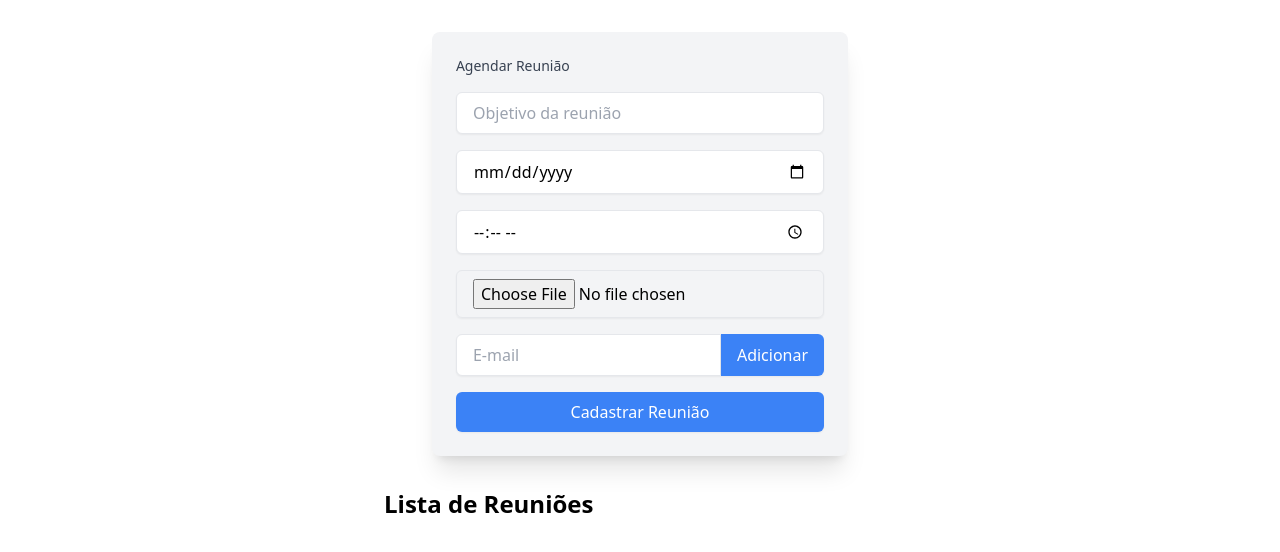
Repository: TamiBeira/meeting
Page: /meetings
The author's editor kept a copy of each file at every save. The page is drawn from the files as they stood at one save, then again after the next save.
The browser window is 1280 px wide. The pictures show the whole page.
The project was rebuilt for these pictures with package versions that can differ from the ones it lists, and the page was loaded fresh each time. Also part of the build but not shown: vite.config.ts.

Above is the page before, as saved 2024-02-26 17:32:35.

### index.html
<!doctype html>
<html lang="pt">
  <head>
    <meta charset="UTF-8" />
    <meta name="viewport" content="width=device-width, initial-scale=1.0" />
    <title>Meeting</title>
  </head>
  <body>
    <div id="root"></div>
    <script type="module" src="/src/main.tsx"></script>
  </body>
</html>

### src/app.tsx
import { FormProvider } from './contexts/FormContext';
import { Form } from './components/Form';
import { MeetingsView } from './components/MeetingsView';

export const App = () => {
  return (
    <FormProvider>
      <Form />
      <MeetingsView />
    </FormProvider>
  );
};

### src/contexts/FormContext.tsx
import { ReactNode, createContext, useContext, useState, ChangeEvent, FormEvent, Dispatch, SetStateAction } from "react";
import { toast } from 'react-toastify';
import 'react-toastify/dist/ReactToastify.css';

export interface MeetingContextDataProps {
  data: string;
  hora: string;
  imagem: string;
  title: string;
  emails: string[];
  emailInput: string;
  handleInputChange: (event: ChangeEvent<HTMLInputElement>, setterFunction: Dispatch<SetStateAction<string>>) => void;
  handleEmailInputChange: (event: ChangeEvent<HTMLInputElement>) => void;
  handleAddEmail: () => void;
  handleRemoveEmail: (index: number) => void;
  handleSubmit: (event: FormEvent<HTMLFormElement>) => void;
}

interface MeetingContextProviderProps {
  children: ReactNode;
}

const FormContext = createContext({} as MeetingContextDataProps);

export const useFormContext = () => {
  return useContext(FormContext);
};

export const FormProvider = ({ children }: MeetingContextProviderProps) => {
  const [data, setData] = useState('');
  const [hora, setHora] = useState('');
  const [imagem, setImagem] = useState('');
  const [title, setTitle] = useState('');
  const [emails, setEmails] = useState<string[]>([]);
  const [emailInput, setEmailInput] = useState('');

  const handleDataChange = (event: ChangeEvent<HTMLInputElement>) => {
    setData(event.target.value);
  };

  const handleImagemChange = (event: ChangeEvent<HTMLInputElement>) => {
    setImagem(event.target.value);
  };

  const handleTitleChange = (event: ChangeEvent<HTMLInputElement>) => {
    setTitle(event.target.value);
  };

  const handleHoraChange = (event: ChangeEvent<HTMLInputElement>) => {
    setHora(event.target.value);
  };

  const handleEmailInputChange = (event: ChangeEvent<HTMLInputElement>) => {
    setEmailInput(event.target.value);
  };

  const handleAddEmail = () => {
    setEmails([...emails, emailInput]);
    setEmailInput('');
  };

  const handleRemoveEmail = (index: number) => {
    const updatedEmails = [...emails];
    updatedEmails.splice(index, 1);
    setEmails(updatedEmails);
  };

  const handleSubmit = (event: FormEvent<HTMLFormElement>) => {
    event.preventDefault();

    const selectedDateTime = new Date(`${data}T${hora}`);
    const formattedDate = selectedDateTime.toLocaleDateString('pt-BR');
    const formattedTime = selectedDateTime.toLocaleTimeString('pt-BR', { hour: '2-digit', minute: '2-digit' });

    const existingData = localStorage.getItem('meetingData');
    let allMeetings: any[] = [];

    if (existingData) {
      allMeetings = JSON.parse(existingData);
    }

    const isDuplicate = allMeetings.some((meeting: any) => {
      const sameDateAndTime = meeting.data === formattedDate && meeting.hora === formattedTime;
      const sameEmails = meeting.emails.length === emails.length && meeting.emails.every((email: string) => emails.includes(email));
      return sameDateAndTime && sameEmails;
    });

    if (isDuplicate) {
      toast.error('Esta data, hora e lista de e-mails já estão sendo usadas por outra reunião.');
    } else {
      const meetingData = {
        title,
        data: formattedDate,
        hora: formattedTime,
        imagem,
        emails
      };

      allMeetings.push(meetingData);

      localStorage.setItem('meetingData', JSON.stringify(allMeetings));

      const emailText = `Detalhes da Reunião:
        Título: ${title}
        Data: ${formattedDate}
        Hora: ${formattedTime}
        ...`;
      emails.forEach((email) => {
        sendEmail(email, 'Detalhes da Reunião', emailText);
      });

      setData('');
      setHora('');
      setImagem('');
      setTitle('');
      setEmailInput('');
      setEmails([]);

      toast.success('Reunião cadastrada com sucesso e e-mails enviados!');
    }
  };

  return (
    <FormContext.Provider
      value={{
        data,
        hora,
        imagem,
        title,
        emails,
        emailInput,
        handleDataChange,
        handleImagemChange,
        handleTitleChange,
        handleHoraChange,
        handleEmailInputChange,
        handleAddEmail,
        handleRemoveEmail,
        handleSubmit,
      }}
    >
      {children}
    </FormContext.Provider>
  );
};

### src/components/Form.tsx
import { useFormContext } from "../contexts/FormContext";
import { ToastContainer } from 'react-toastify';

export const Form = () => {
  const {
    data,
    hora,
    imagem,
    title,
    emails,
    emailInput,
    handleDataChange,
    handleImagemChange,
    handleTitleChange,
    handleHoraChange,
    handleEmailInputChange,
    handleAddEmail,
    handleRemoveEmail,
    handleSubmit,
  } = useFormContext();

  return (
    <main className="flex justify-center mt-8">
      <div className="mx-auto max-w-md p-6 bg-gray-100 rounded-lg shadow-xl">
        <form onSubmit={handleSubmit} className="space-y-4">
          <label htmlFor="reuniao" className="block text-sm font-medium text-gray-700">Agendar Reunião</label>
          <input
            type="text"
            placeholder="Objetivo da reunião"
            id="reuniao"
            value={title}
            onChange={handleTitleChange}
            className="block w-full px-4 py-2 border rounded-md shadow-sm focus:outline-none focus:ring-blue-500 focus:border-blue-500"
          />
          <input
            type="date"
            name="data"
            id="data"
            value={data}
            onChange={handleDataChange}
            className="block w-full px-4 py-2 border rounded-md shadow-sm focus:outline-none focus:ring-blue-500 focus:border-blue-500"
          />
          <input
            type="time"
            name="hora"
            id="hora"
            value={hora}
            onChange={handleHoraChange}
            className="block w-full px-4 py-2 border rounded-md shadow-sm focus:outline-none focus:ring-blue-500 focus:border-blue-500"
          />
          <input
            type="file"
            name="imagem"
            id="imagem"
            value={imagem}
            onChange={handleImagemChange}
            className="block w-full px-4 py-2 border rounded-md shadow-sm focus:outline-none focus:ring-blue-500 focus:border-blue-500"
          />
          <div className="flex">
            <input
              type="text"
              placeholder="E-mail"
              value={emailInput}
              onChange={handleEmailInputChange}
              className="block flex-1 w-full px-4 py-2 border rounded-l-md shadow-sm focus:outline-none focus:ring-blue-500 focus:border-blue-500"
            />
            <button
              type="button"
              onClick={handleAddEmail}
              className="px-4 py-2 bg-blue-500 text-white rounded-r-md shadow-sm hover:bg-blue-600 focus:outline-none focus:ring-blue-500 focus:border-blue-500"
            >
              Adicionar
            </button>
          </div>
          <div>
            {emails.map((email, index) => (
              <div key={index} className="flex items-center">
                <div>{email}</div>
                <button
                  type="button"
                  onClick={() => handleRemoveEmail(index)}
                  className="ml-2 text-red-500"
                >
                  Remover
                </button>
              </div>
            ))}
          </div>
          <button
            type="submit"
            className="block w-full px-4 py-2 bg-blue-500 text-white rounded-md shadow-sm hover:bg-blue-600 focus:outline-none focus:ring-blue-500 focus:border-blue-500"
          >
            Cadastrar Reunião
          </button>
        </form>
        <ToastContainer />
      </div>
    </main>
  );
};

### src/components/MeetingsView.tsx
import React, { useState, useEffect } from 'react';

export const MeetingsView = () => {
  const [meetings, setMeetings] = useState([]);

  useEffect(() => {
    const storedMeetings = localStorage.getItem('meetingData');
    if (storedMeetings) {
      setMeetings(JSON.parse(storedMeetings));
    }
  }, []);

  const handleEdit = (index) => {
    // Implemente a lógica para edição do evento com base no índice
    console.log('Editar evento:', meetings[index]);
  };

  const handleDelete = (index) => {
    // Implemente a lógica para exclusão do evento com base no índice
    console.log('Excluir evento:', meetings[index]);
  };

  return (
    <div className="max-w-lg mx-auto mt-8">
      <h2 className="text-2xl font-bold mb-4">Lista de Reuniões</h2>
      <ul>
        {meetings.map((meeting, index) => (
          <li key={index} className="border-b border-gray-200 py-4 flex items-center">
            <div>
              <strong>Título:</strong> {meeting.title}
            </div>
            <div className="ml-4">
              <strong>Data:</strong> {meeting.data}
            </div>
            <div className="ml-4">
              <strong>Hora:</strong> {meeting.hora}
            </div>
            <div className="ml-4">
              <strong>Imagem:</strong>
              <img src={meeting.imagem} alt="Imagem da reunião" className="max-w-xs mx-auto mt-2" />
            </div>
            <div className="ml-4">
              <strong>E-mails:</strong> {meeting.emails.join(', ')}
            </div>
            <div className="ml-4">
              <button
                onClick={() => handleEdit(index)}
                className="bg-blue-500 hover:bg-blue-700 text-white font-bold py-2 px-4 mr-2 rounded"
              >
                Editar
              </button>
              <button
                onClick={() => handleDelete(index)}
                className="bg-red-500 hover:bg-red-700 text-white font-bold py-2 px-4 rounded"
              >
                Excluir
              </button>
            </div>
          </li>
        ))}
      </ul>
    </div>
  );
};

### tailwind.config.js
/** @type {import('tailwindcss').Config} */
export default {
  content: [
    "./index.html",
    "./src/**/*.tsx",
  ],
  theme: {
    extend: {},
  },
  plugins: [],
}

Loaded but not shown: src/main.tsx (common file); src/index.css (common file)

After the next save:
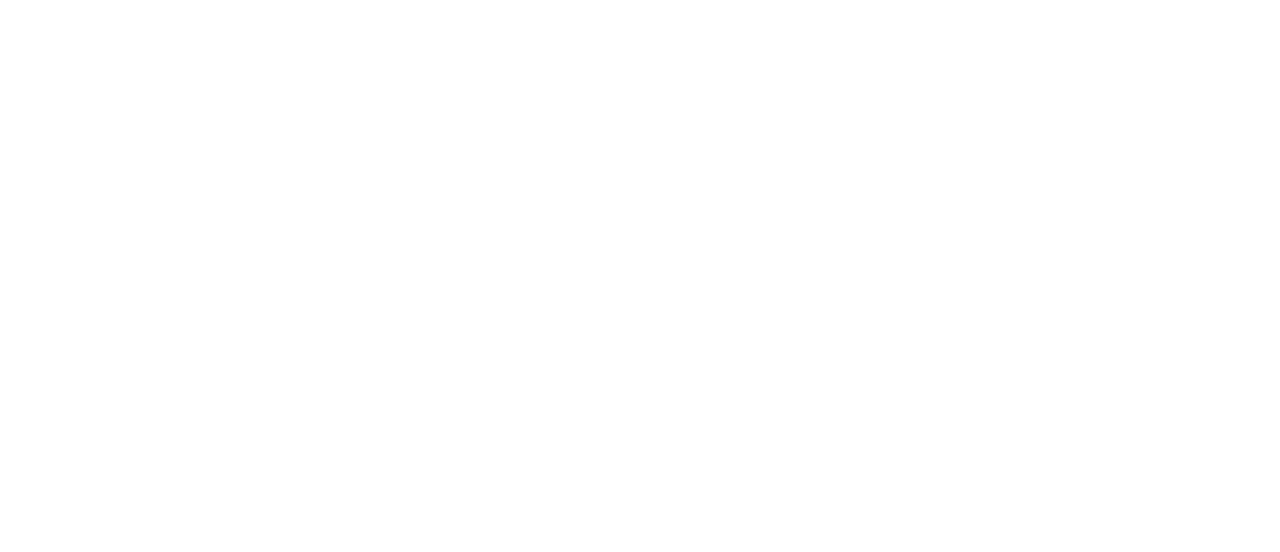
Console error: ReferenceError: createContext is not defined
Saved 3 min 34 s later.
--- a/src/contexts/FormContext.tsx
+++ b/src/contexts/FormContext.tsx
@@ -1,24 +1,9 @@
-import { ReactNode, createContext, useContext, useState, ChangeEvent, FormEvent, Dispatch, SetStateAction } from "react";
+import React, { useState, useContext, useEffect, ChangeEvent, FormEvent, Dispatch, SetStateAction } from "react";
 import { toast } from 'react-toastify';
 import 'react-toastify/dist/ReactToastify.css';
 
-export interface MeetingContextDataProps {
-  data: string;
-  hora: string;
-  imagem: string;
-  title: string;
-  emails: string[];
-  emailInput: string;
-  handleInputChange: (event: ChangeEvent<HTMLInputElement>, setterFunction: Dispatch<SetStateAction<string>>) => void;
-  handleEmailInputChange: (event: ChangeEvent<HTMLInputElement>) => void;
-  handleAddEmail: () => void;
-  handleRemoveEmail: (index: number) => void;
-  handleSubmit: (event: FormEvent<HTMLFormElement>) => void;
-}
-
-interface MeetingContextProviderProps {
-  children: ReactNode;
-}
+// Importe aqui o seu contexto de reunião
+import { MeetingContextDataProps } from "./SeuContextoDeReuniao";
 
 const FormContext = createContext({} as MeetingContextDataProps);
 
@@ -29,7 +14,7 @@
 export const FormProvider = ({ children }: MeetingContextProviderProps) => {
   const [data, setData] = useState('');
   const [hora, setHora] = useState('');
-  const [imagem, setImagem] = useState('');
+  const [imagem, setImagem] = useState<File | null>(null); // Alterado para aceitar File
   const [title, setTitle] = useState('');
   const [emails, setEmails] = useState<string[]>([]);
   const [emailInput, setEmailInput] = useState('');
@@ -39,7 +24,9 @@
   };
 
   const handleImagemChange = (event: ChangeEvent<HTMLInputElement>) => {
-    setImagem(event.target.value);
+    if (event.target.files && event.target.files[0]) {
+      setImagem(event.target.files[0]); // Armazena o arquivo de imagem selecionado
+    }
   };
 
   const handleTitleChange = (event: ChangeEvent<HTMLInputElement>) => {
@@ -72,51 +59,65 @@
     const formattedDate = selectedDateTime.toLocaleDateString('pt-BR');
     const formattedTime = selectedDateTime.toLocaleTimeString('pt-BR', { hour: '2-digit', minute: '2-digit' });
 
-    const existingData = localStorage.getItem('meetingData');
-    let allMeetings: any[] = [];
+    // Lógica para salvar a imagem e obter sua URL
+    let imagemUrl = ''; // URL da imagem a ser salva no localStorage
+    if (imagem) {
+      const reader = new FileReader();
+      reader.onload = (e) => {
+        // Aqui você pode enviar a imagem para o servidor ou salvar localmente
+        // Neste exemplo, estou apenas convertendo-a em uma URL base64
+        imagemUrl = e.target?.result as string;
+        const meetingData = {
+          title,
+          data: formattedDate,
+          hora: formattedTime,
+          imagem: imagemUrl, // Aqui você armazena a URL da imagem
+          emails
+        };
 
-    if (existingData) {
-      allMeetings = JSON.parse(existingData);
-    }
+        // Salve os dados da reunião no localStorage ou envie para o servidor
+        const existingData = localStorage.getItem('meetingData');
+        let allMeetings: any[] = [];
 
-    const isDuplicate = allMeetings.some((meeting: any) => {
-      const sameDateAndTime = meeting.data === formattedDate && meeting.hora === formattedTime;
-      const sameEmails = meeting.emails.length === emails.length && meeting.emails.every((email: string) => emails.includes(email));
-      return sameDateAndTime && sameEmails;
-    });
+        if (existingData) {
+          allMeetings = JSON.parse(existingData);
+        }
 
-    if (isDuplicate) {
-      toast.error('Esta data, hora e lista de e-mails já estão sendo usadas por outra reunião.');
+        const isDuplicate = allMeetings.some((meeting: any) => {
+          const sameDateAndTime = meeting.data === formattedDate && meeting.hora === formattedTime;
+          const sameEmails = meeting.emails.length === emails.length && meeting.emails.every((email: string) => emails.includes(email));
+          return sameDateAndTime && sameEmails;
+        });
+
+        if (isDuplicate) {
+          toast.error('Esta data, hora e lista de e-mails já estão sendo usadas por outra reunião.');
+        } else {
+          allMeetings.push(meetingData);
+
+          localStorage.setItem('meetingData', JSON.stringify(allMeetings));
+
+          const emailText = `Detalhes da Reunião:
+            Título: ${title}
+            Data: ${formattedDate}
+            Hora: ${formattedTime}
+            ...`;
+          emails.forEach((email) => {
+            sendEmail(email, 'Detalhes da Reunião', emailText);
+          });
+
+          setData('');
+          setHora('');
+          setImagem(null);
+          setTitle('');
+          setEmailInput('');
+          setEmails([]);
+
+          toast.success('Reunião cadastrada com sucesso e e-mails enviados!');
+        }
+      };
+      reader.readAsDataURL(imagem); // Converte a imagem para base64
     } else {
-      const meetingData = {
-        title,
-        data: formattedDate,
-        hora: formattedTime,
-        imagem,
-        emails
-      };
-
-      allMeetings.push(meetingData);
-
-      localStorage.setItem('meetingData', JSON.stringify(allMeetings));
-
-      const emailText = `Detalhes da Reunião:
-        Título: ${title}
-        Data: ${formattedDate}
-        Hora: ${formattedTime}
-        ...`;
-      emails.forEach((email) => {
-        sendEmail(email, 'Detalhes da Reunião', emailText);
-      });
-
-      setData('');
-      setHora('');
-      setImagem('');
-      setTitle('');
-      setEmailInput('');
-      setEmails([]);
-
-      toast.success('Reunião cadastrada com sucesso e e-mails enviados!');
+      toast.error('Por favor, selecione uma imagem.');
     }
   };
 
@@ -125,7 +126,7 @@
       value={{
         data,
         hora,
-        imagem,
+        imagem: imagem ? URL.createObjectURL(imagem) : '', // Cria a URL da imagem
         title,
         emails,
         emailInput,

After the save that followed:
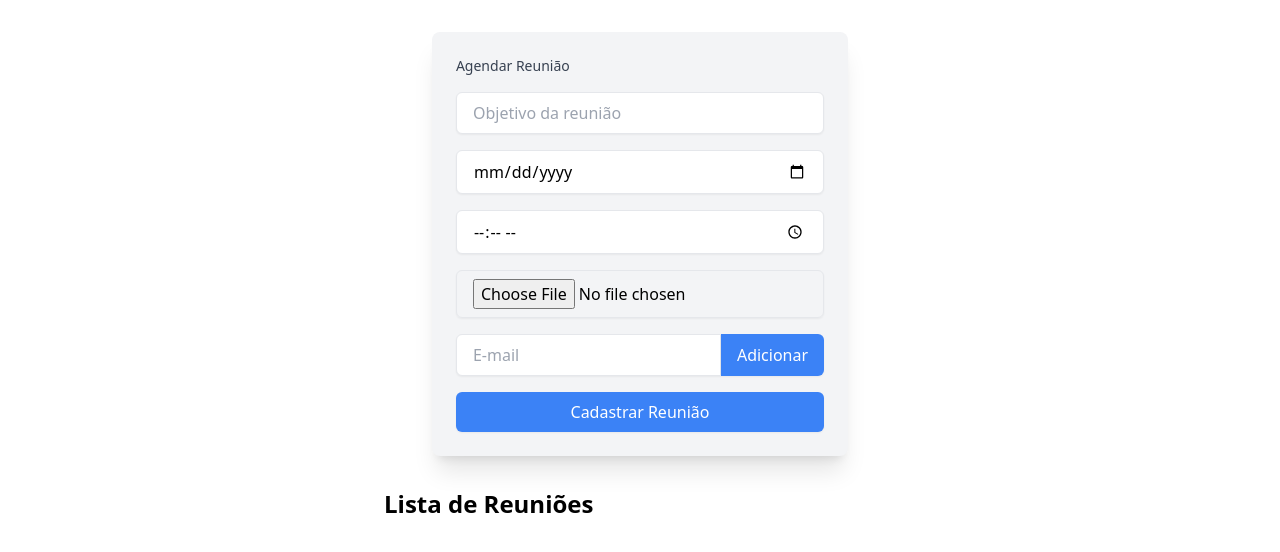
The error is gone.
Saved 57 s later.
--- a/src/contexts/FormContext.tsx
+++ b/src/contexts/FormContext.tsx
@@ -1,9 +1,27 @@
-import React, { useState, useContext, useEffect, ChangeEvent, FormEvent, Dispatch, SetStateAction } from "react";
+import React, { createContext, useContext, useState, ChangeEvent, FormEvent, Dispatch, SetStateAction, ReactNode } from "react";
 import { toast } from 'react-toastify';
 import 'react-toastify/dist/ReactToastify.css';
 
-// Importe aqui o seu contexto de reunião
-import { MeetingContextDataProps } from "./SeuContextoDeReuniao";
+export interface MeetingContextDataProps {
+  data: string;
+  hora: string;
+  imagem: string;
+  title: string;
+  emails: string[];
+  emailInput: string;
+  handleDataChange: (event: ChangeEvent<HTMLInputElement>) => void;
+  handleImagemChange: (event: ChangeEvent<HTMLInputElement>) => void;
+  handleTitleChange: (event: ChangeEvent<HTMLInputElement>) => void;
+  handleHoraChange: (event: ChangeEvent<HTMLInputElement>) => void;
+  handleEmailInputChange: (event: ChangeEvent<HTMLInputElement>) => void;
+  handleAddEmail: () => void;
+  handleRemoveEmail: (index: number) => void;
+  handleSubmit: (event: FormEvent<HTMLFormElement>) => void;
+}
+
+interface MeetingContextProviderProps {
+  children: ReactNode;
+}
 
 const FormContext = createContext({} as MeetingContextDataProps);
 
@@ -14,7 +32,7 @@
 export const FormProvider = ({ children }: MeetingContextProviderProps) => {
   const [data, setData] = useState('');
   const [hora, setHora] = useState('');
-  const [imagem, setImagem] = useState<File | null>(null); // Alterado para aceitar File
+  const [imagem, setImagem] = useState<File | null>(null);
   const [title, setTitle] = useState('');
   const [emails, setEmails] = useState<string[]>([]);
   const [emailInput, setEmailInput] = useState('');
@@ -25,7 +43,7 @@
 
   const handleImagemChange = (event: ChangeEvent<HTMLInputElement>) => {
     if (event.target.files && event.target.files[0]) {
-      setImagem(event.target.files[0]); // Armazena o arquivo de imagem selecionado
+      setImagem(event.target.files[0]);
     }
   };
 
@@ -59,23 +77,19 @@
     const formattedDate = selectedDateTime.toLocaleDateString('pt-BR');
     const formattedTime = selectedDateTime.toLocaleTimeString('pt-BR', { hour: '2-digit', minute: '2-digit' });
 
-    // Lógica para salvar a imagem e obter sua URL
-    let imagemUrl = ''; // URL da imagem a ser salva no localStorage
+    let imagemUrl = '';
     if (imagem) {
       const reader = new FileReader();
       reader.onload = (e) => {
-        // Aqui você pode enviar a imagem para o servidor ou salvar localmente
-        // Neste exemplo, estou apenas convertendo-a em uma URL base64
         imagemUrl = e.target?.result as string;
         const meetingData = {
           title,
           data: formattedDate,
           hora: formattedTime,
-          imagem: imagemUrl, // Aqui você armazena a URL da imagem
+          imagem: imagemUrl,
           emails
         };
 
-        // Salve os dados da reunião no localStorage ou envie para o servidor
         const existingData = localStorage.getItem('meetingData');
         let allMeetings: any[] = [];
 
@@ -115,7 +129,7 @@
           toast.success('Reunião cadastrada com sucesso e e-mails enviados!');
         }
       };
-      reader.readAsDataURL(imagem); // Converte a imagem para base64
+      reader.readAsDataURL(imagem);
     } else {
       toast.error('Por favor, selecione uma imagem.');
     }
@@ -126,7 +140,7 @@
       value={{
         data,
         hora,
-        imagem: imagem ? URL.createObjectURL(imagem) : '', // Cria a URL da imagem
+        imagem: imagem ? URL.createObjectURL(imagem) : '',
         title,
         emails,
         emailInput,
